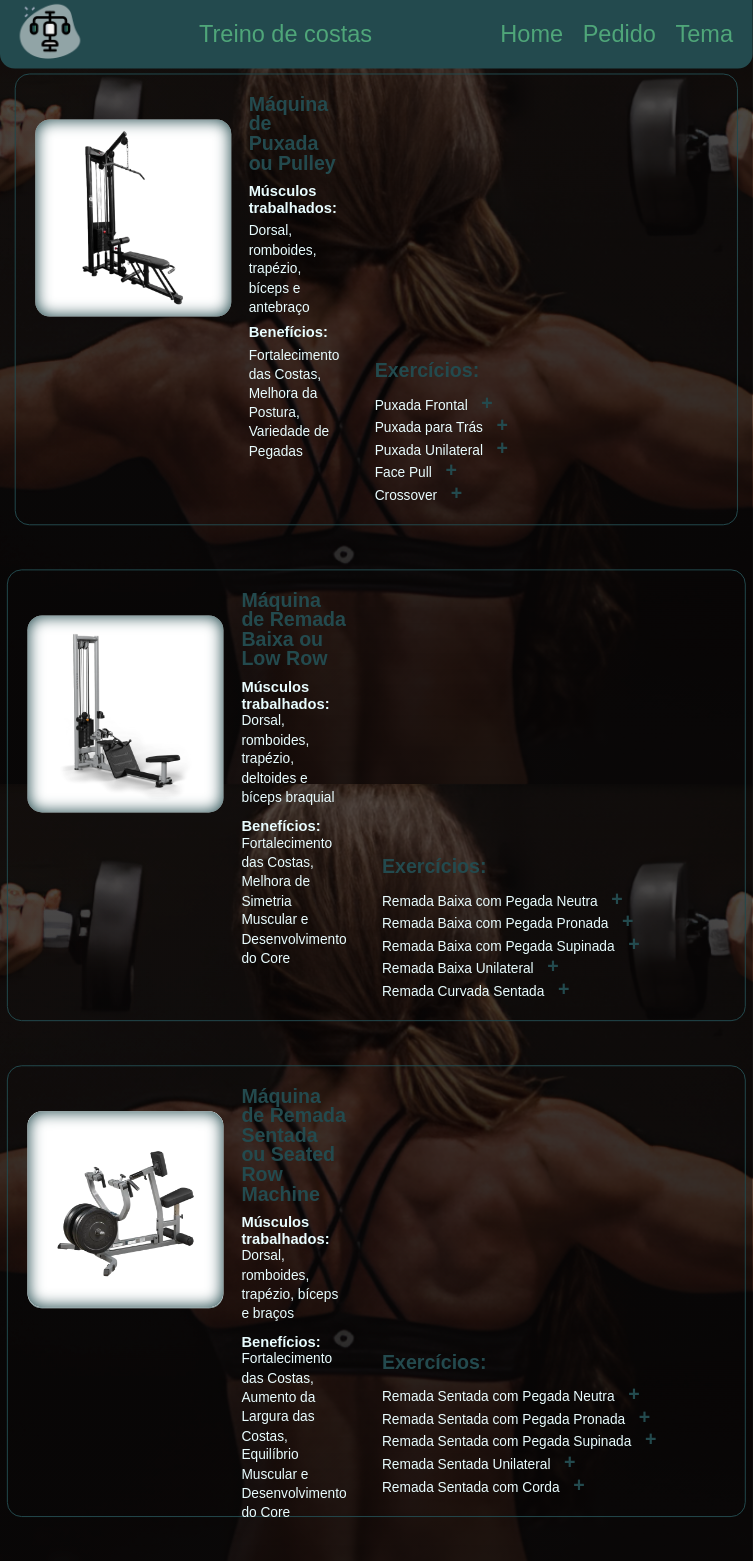
Repository: Marinalr-25/Projeto-Aparelhos-de-Academia
Page: costas.html
An editor plug-in stored every save of this project. The page is shown before and after the next save, followed by the edit.
The browser window is 768 px wide. The pictures show the whole page, at 98% of full size.
Backgrounds fixed to the window are drawn as part of the page.

Above is the page before, as saved 2025-01-07 13:49:57.
Console error: TypeError: Cannot read properties of null (reading 'addEventListener')

### costas.html
<!DOCTYPE html>
<html lang="pt">
  <head>
    <meta charset="UTF-8" />
    <meta name="viewport" content="width=device-width, initial-scale=1.0" />
    <link rel="stylesheet" href="css/style.css" />
    <link rel="stylesheet" href="css/temas.css" />
    <link
      rel="stylesheet"
      href="css/media-990.css"
      media="(max-width: 990px)"
    />
    <link
      rel="stylesheet"
      href="css/media-767.css"
      media="(max-width: 767px)"
    />

    <link
      rel="stylesheet"
      href="css/media-660.css"
      media="(max-width: 660px)"
    />
    <link
      rel="stylesheet"
      href="css/media-580.css"
      media="(max-width: 580px)"
    />

    <title>costas</title>
  </head>
  <body class="body costas">
    <header class="header sobe">
      <a href="telaPrincipal.html">
        <img class="logo" src="imagens/logoverde.png" alt="logo" />
      </a>
      <p>Treino de costas</p>
      <nav>
        <ul>
          <li class="lista-cabecalho" class="homeCostas">
            <a href="telaPrincipal.html">Home</a>
          </li>
          <li class="lista-cabecalho" id="pedido">
            <a href="pedido.html">Pedido</a>
          </li>
          <li class="lista-cabecalho" id="tema"><a href="#">Tema</a></li>
        </ul>
      </nav>
      <div class="nav-icones">
        <svg
          xmlns="http://www.w3.org/2000/svg"
          class="nav-icone--menu"
          viewBox="0 0 512 512"
        >
          <path
            fill="none"
            stroke="currentColor"
            stroke-linecap="round"
            stroke-miterlimit="10"
            stroke-width="32"
            d="M80 160h352M80 256h352M80 352h352"
          ></path>
        </svg>

        <svg
          xmlns="http://www.w3.org/2000/svg"
          class="nav-icone--fechar"
          viewBox="0 0 512 512"
        >
          <path
            fill="none"
            stroke="currentColor"
            stroke-linecap="round"
            stroke-linejoin="round"
            stroke-width="32"
            d="M368 368L144 144M368 144L144 368"
          ></path>
        </svg>
      </div>
    </header>
    <main class="mainBody move-bottom">
      <section>
        <div class="container">
          <div class="maquinas">
            <div class="img-maquinas">
              <img src="aparelhos/maquina-pulley.png" alt="maquina-pulley" />
            </div>
            <div class="informacoes">
              <div>
                <h2 class="title">Máquina de Puxada ou Pulley</h2>
              </div>
              <div class="separar">
                <div class="infos">
                  <h3 class="h3">Músculos trabalhados:</h3>
                  <p class="info">
                    Dorsal, romboides, trapézio, bíceps e antebraço
                  </p>
                </div>
                <div class="infos">
                  <h3 class="h3">Benefícios:</h3>
                  <p class="info">
                    Fortalecimento das Costas, Melhora da Postura, Variedade de
                    Pegadas
                  </p>
                </div>
              </div>
            </div>
            <div class="exercicios">
              <h3 class="title">Exercícios:</h3>
              <ul>
                <li>
                  Puxada Frontal
                  <span class="mais">+</span>
                  <div class="tooltip">
                    Sente-se na máquina, segure a barra com as mãos afastadas na
                    largura dos ombros (pegada pronada ou neutra) e puxe a barra
                    em direção ao peito, mantendo os cotovelos para baixo e para
                    trás.
                  </div>
                </li>
                <li>
                  Puxada para Trás
                  <span class="mais">+</span>
                  <div class="tooltip">
                    Sente-se na máquina, segure a barra com as palmas para cima
                    e as mãos mais afastadas que a largura dos ombros e puxe a
                    barra em direção ao peito, mantendo os cotovelos para trás e
                    perto do corpo
                  </div>
                </li>
                <li>
                  Puxada Unilateral
                  <span class="mais">+</span>
                  <div class="tooltip">
                    Sente-se ou fique de pé, segurando uma alça com uma mão e
                    mantendo o tronco estável, com a outra mão livre ou
                    segurando o apoio da máquina. Puxe o cabo em direção ao
                    tronco, mantendo o cotovelo próximo ao corpo e a escápula
                    contraída.
                  </div>
                </li>
                <li>
                  Face Pull
                  <span class="mais">+</span>
                  <div class="tooltip">
                    Segure a corda com as duas mãos e puxe o cabo em direção ao
                    rosto, ativando os deltoides posteriores e o trapézio.
                  </div>
                </li>
                <li>
                  Crossover
                  <span class="mais">+</span>
                  <div class="tooltip">
                    Com as cordas ou alças ajustadas nas duas extremidades da
                    máquina, puxe as alças cruzando-as à frente do corpo, como
                    se estivesse tentando juntar as mãos em um movimento de
                    abertura de peito.
                  </div>
                </li>
              </ul>
            </div>
          </div>
          <div class="maquinas">
            <div class="img-maquinas">
              <img src="aparelhos/maquina-low-row.png" alt="maquina-pulley" />
            </div>
            <div class="informacoes">
              <div>
                <h2 class="title">Máquina de Remada Baixa ou Low Row</h2>
              </div>
              <div class="infos">
                <h3 class="h3">Músculos trabalhados:</h3>
                <p class="info">
                  Dorsal, romboides, trapézio, deltoides e bíceps braquial
                </p>
              </div>
              <div class="infos">
                <h3 class="h3">Benefícios:</h3>
                <p class="info">
                  Fortalecimento das Costas, Melhora de Simetria Muscular e
                  Desenvolvimento do Core
                </p>
              </div>
            </div>
            <div class="exercicios">
              <h3 class="title">Exercícios:</h3>
              <ul>
                <li>
                  Remada Baixa com Pegada Neutra
                  <span class="mais">+</span>
                  <div class="tooltip">
                    Esse é o exercício clássico na máquina, onde a pessoa usa um
                    pegador em formato de "V" (pegada neutra) para trabalhar
                    principalmente a espessura da parte média das costas, com
                    foco nos músculos romboides e dorsais
                  </div>
                </li>
                <li>
                  Remada Baixa com Pegada Pronada
                  <span class="mais">+</span>
                  <div class="tooltip">
                    Nessa variação, o pegador é reto e a pegada é com as palmas
                    voltadas para baixo, o que enfatiza mais o trapézio e o
                    latíssimo do dorso, além de dar um estímulo aos romboides
                  </div>
                </li>
                <li>
                  Remada Baixa com Pegada Supinada
                  <span class="mais">+</span>
                  <div class="tooltip">
                    Aqui a pegada é invertida, com as palmas das mãos voltadas
                    para cima. Essa variação ajuda a ativar mais o bíceps junto
                    com as costas, criando um movimento que trabalha tanto a
                    parte superior quanto inferior das costas
                  </div>
                </li>
                <li>
                  Remada Baixa Unilateral
                  <span class="mais">+</span>
                  <div class="tooltip">
                    Esse exercício é feito segurando o pegador com uma única mão
                    de cada vez, permitindo maior foco no lado direito ou
                    esquerdo das costas separadamente, o que ajuda na simetria e
                    força
                  </div>
                </li>
                <li>
                  Remada Curvada Sentada
                  <span class="mais">+</span>
                  <div class="tooltip">
                    Uma variação onde o tronco se inclina ligeiramente para
                    frente antes de puxar o cabo, ativando diferentes áreas dos
                    dorsais e da parte inferior das costas, além de trabalhar a
                    estabilização
                  </div>
                </li>
              </ul>
            </div>
          </div>
          <div class="maquinas">
            <div class="img-maquinas">
              <img
                class="img-maquinas"
                src="aparelhos/seated-row-machine.png"
                alt="maquina-pulley"
              />
            </div>
            <div class="informacoes">
              <div>
                <h2 class="title">
                  Máquina de Remada Sentada ou Seated Row Machine
                </h2>
              </div>
              <div class="infos">
                <h3 class="h3">Músculos trabalhados:</h3>
                <p class="info">Dorsal, romboides, trapézio, bíceps e braços</p>
              </div>
              <div class="infos">
                <h3 class="h3">Benefícios:</h3>
                <p class="info">
                  Fortalecimento das Costas, Aumento da Largura das Costas,
                  Equilíbrio Muscular e Desenvolvimento do Core
                </p>
              </div>
            </div>
            <div class="exercicios">
              <h3 class="title">Exercícios:</h3>
              <ul>
                <li>
                  Remada Sentada com Pegada Neutra
                  <span class="mais">+</span>
                  <div class="tooltip">
                    Segure as alças com as palmas das mãos voltadas uma para a
                    outra (pegada neutra) e puxe em direção ao tronco, mantendo
                    os cotovelos próximos ao corpo e os ombros relaxados.
                    Contraia as escápulas no final do movimento
                  </div>
                </li>
                <li>
                  Remada Sentada com Pegada Pronada
                  <span class="mais">+</span>
                  <div class="tooltip">
                    Segure a barra com as palmas das mãos voltadas para baixo
                    (pegada pronada) e puxe a barra para o corpo, mantendo os
                    cotovelos alinhados com o tronco. Evite balançar o corpo e
                    use um movimento controlado
                  </div>
                </li>
                <li>
                  Remada Sentada com Pegada Supinada
                  <span class="mais">+</span>
                  <div class="tooltip">
                    Segure a barra com as palmas das mãos voltadas para cima
                    (pegada supinada). Puxe a barra em direção ao corpo,
                    mantendo os cotovelos mais baixos e próximos ao tronco
                  </div>
                </li>
                <li>
                  Remada Sentada Unilateral
                  <span class="mais">+</span>
                  <div class="tooltip">
                    Segure a alça com uma mão e puxe o cabo em direção ao
                    tronco. Mantenha o tronco estável e evite torcer o corpo.
                    Repita o movimento para o outro lado
                  </div>
                </li>
                <li>
                  Remada Sentada com Corda
                  <span class="mais">+</span>
                  <div class="tooltip">
                    Use uma corda para segurar as alças e puxe em direção ao
                    tronco, abrindo as mãos ao final do movimento, aumentando a
                    contração nos romboides e trapézio.
                  </div>
                </li>
              </ul>
            </div>
          </div>
        </div>
      </section>
    </main>
    <section class="pop-up-temas">
      <div class="container">
        <div class="bolinha verde"></div>
        <div class="bolinha azul"></div>
        <div class="bolinha rosa"></div>
        <div class="bolinha vermelho"></div>
        <div class="bolinha roxo"></div>
        <div class="bolinha laranja"></div>
        <svg
          xmlns="http://www.w3.org/2000/svg"
          class="icone-fechar"
          viewBox="0 0 512 512"
        >
          <path
            fill="none"
            stroke="currentColor"
            stroke-linecap="round"
            stroke-linejoin="round"
            stroke-width="32"
            d="M368 368L144 144M368 144L144 368"
          ></path>
        </svg>
      </div>
    </section>
    <script src="js/script.js"></script>
    <script src="js/costas.js"></script>
    <script src="js/temas.js"></script>
  </body>
</html>

### css/temas.css
:root {
  --cor-fundo: #234a4e;
  --cor-texto: #4fa679;
  --verde-primario: #234a4e;
  --verde-secundario: #4fa679;
  --azul-primario: #0d6bb2;
  --azul-secundario: #83e3ff;
  --rosa-primario: #ae2478;
  --rosa-secundario: #eed3e4;
  --vermelho-primario: #a50000;
  --vermelho-secundario: #e4b2b2;
  --roxo-primario: #4c4c99;
  --roxo-secundario: #c9c9e0;
  --laranja-primario: #ff6c37;
  --laranja-secundario: #ffd2c3;
}

.pop-up-temas {
  display: none;
  transition: opacity 0.3s ease, transform 0.3s ease;
  &.aberto {
    display: flex;
    position: fixed;
    top: 50%;
    left: 50%;
    transform: translate(-50%, -50%);
    opacity: 1;
    height: 18rem;
    background-color: rgba(0, 0, 0, 0.95);
    border-radius: 1.5rem;

    & .container {
      display: flex;
      justify-content: center;
      align-items: center;
      gap: 1rem;
      flex-direction: row;
      padding: 2rem;
      max-width: 65rem;
      position: relative;

      & .bolinha {
        width: 4rem;
        height: 4rem;
        margin: 0.5rem;
        border-radius: 50%;

        &.verde {
          background: linear-gradient(
            to right,
            var(--verde-primario) 50%,
            var(--verde-secundario) 50%
          );
        }
        &.azul {
          background: linear-gradient(
            to right,
            var(--azul-primario) 50%,
            var(--azul-secundario) 50%
          );
        }

        &.rosa {
          background: linear-gradient(
            to right,
            var(--rosa-primario) 50%,
            var(--rosa-secundario) 50%
          );
        }
        &.vermelho {
          background: linear-gradient(
            to right,
            var(--vermelho-primario) 50%,
            var(--vermelho-secundario) 50%
          );
        }
        &.roxo {
          background: linear-gradient(
            to right,
            var(--roxo-primario) 50%,
            var(--roxo-secundario) 50%
          );
        }
        &.laranja {
          background: linear-gradient(
            to right,
            var(--laranja-primario) 50%,
            var(--laranja-secundario) 50%
          );
        }
      }
      & .icone-fechar {
        display: block;
        position: absolute;
        top: 0;
        right: 0;
        color: var(--cor-texto);
        z-index: 10001;
        width: 5rem;
        height: 5rem;
      }
    }
  }
}

### css/media-990.css
@media all and (max-width: 61.87em) {
  .body.costas {
    background-size: cover;
    & .mainBody {
      margin-top: 5rem;
      & .container {
        & .maquinas {
          display: grid;
          grid-template-columns: 1fr 1fr;
          grid-template-rows: auto auto;
          gap: 1.8rem;

          & .img-maquinas {
            align-self: center;
            & img {
              max-width: 20rem;
              max-height: 20rem;
            }
          }
        }

        & .informacoes {
          max-width: 100%;
          gap: 1rem;
          padding: 0;
          & .title {
            font-size: 2rem;
            line-height: 1;
          }

          & .separar {
            gap: 0.6rem;
          }

          & .infos {
            & .h3 {
              font-size: 1.5rem;
            }
            & .info {
              font-size: 1.4rem;
            }
          }
        }

        & .exercicios {
          max-width: 100%;
          gap: 1rem;
          grid-column: 4;
          grid-row: 2;

          & .title {
            font-size: 2rem;
          }

          & ul li {
            font-size: 1.4rem;
            padding-bottom: 0rem;
          }
        }
      }
    }
  }
}

### css/media-767.css
@media all and (max-width: 48em) {
  html {
    font-size: 56.25%;
  }

  .header {
    font-size: 2rem;
  }

  .tela-inicial {
    & .box-inicial {
      & .segunda-tela {
        & .aparelhos {
          width: 15rem;
          &.esquerda {
            top: 15px;
          }
        }
      }
    }
  }

  .body {
    .header {
      & .logo {
        width: 10.7vw;
        height: 10.7vw;
        min-height: 9rem;
        min-width: 9rem;
      }

      nav {
        display: none;
        opacity: 0;
        transform: translateX(100%);
        transition: opacity 0.3s ease;

        &.aberto {
          display: flex;
          opacity: 0.9;
          transform: translateX(0);
        }
      }
      & .nav-icones {
        display: block;
        max-width: 30%;
        width: 5rem;
        height: 5rem;
        margin-right: 2rem;
        margin-left: 2rem;
        color: var(--cor-texto);
        z-index: 10001;
      }
    }
    & .nav-icone--fechar {
      display: none;
    }
    &.aberto {
      opacity: 0.9;
      & nav {
        display: flex;
        flex-direction: column;
        justify-content: center;
        transform: translateX(100%);
        transition: opacity 0.3s ease, transform 0.3s ease;
        align-items: center;
        box-shadow: inset 0 0 0 3px var(--cor-texto);
        background-color: var(--cor-fundo);
        border-top-left-radius: 50px;
        border-bottom-left-radius: 50px;
        opacity: 0.9;
        position: fixed;
        top: 0;
        width: 20%;
        height: 700px;
        right: 0;
        z-index: 1000;
        overflow: hidden;

        & ul {
          flex-direction: column;
          align-items: center;
          & li {
            &:hover {
              text-decoration: underline;
            }
          }
        }
      }
      & .nav-icone--menu {
        display: block;
      }
      & .nav-icone--fechar {
        display: none;
      }
    }

    & .tela-principal {
      & .container {
        & .box {
          &.braco {
            background-image: url(/imagens/braço.png);
          }

          &.perna {
            background-image: url(/imagens/perna.png);
          }

          &.ombro {
            background-image: url(/imagens/ombro.png);
          }

          &.costas {
            background-image: url(/imagens/costasHDrecortada.png);
          }

          &.peito {
            background-image: url(/imagens/peito.png);
          }
          &.abdomen {
            background-image: url(/imagens/abdomen.png);
          }
        }
      }
    }
    &.costas {
      & .mainBody {
        margin-top: 5rem;
        & .container {
          flex-direction: row;
          justify-content: center;
          flex-wrap: wrap;
          padding-top: 3.5rem;
          & .maquinas {
            flex-direction: column;
            width: 40rem;
            height: auto;
            & .img-maquinas {
              display: block;
              margin: 0 auto;
            }

            & .informacoes {
              & .title {
                font-size: 2rem;
                line-height: 1;
              }
              & .infos {
                & .h3 {
                  font-size: 1.8rem;
                }
                & .info {
                  font-size: 1.6rem;
                }
              }
            }

            & .exercicios {
              width: 100%;
              gap: 0.5rem;

              & ul li {
                font-size: 1.6rem;
                padding-bottom: 0;
              }
            }
          }
        }
      }
    }
  }
}

### css/media-660.css
@media all and (max-width: 41.25em) {
  .tela-inicial {
    & .box-inicial {
      & .primeira-tela {
        justify-content: center;
      }
      & .segunda-tela {
        gap: 1.5rem;
      }
      & .pontos {
        & div {
          width: 0.9rem;
          height: 0.9rem;
        }
        & .primeiro-ponto {
          transform: translate(-25px, 7px);
        }
        & .segundo-ponto {
          transform: translate(0, 0);
        }
        & .terceiro-ponto {
          transform: translate(25px, -7px);
        }
      }
    }

    .topo {
      & .h2-muitoBem {
        text-align: center;
        & #nome-saudacao {
          display: block;
        }
      }
    }
  }

  .body.costas {
    background-size: cover;
  }
}

### css/media-580.css
@media all and (max-width: 36.25em) {
  .tela-inicial {
    & .box-inicial {
      height: 60rem;
      & .pontos {
        & div {
          width: 0.9rem;
        }
        & .primeiro-ponto {
          transform: translate(-25px, -3px);
        }
        & .segundo-ponto {
          transform: translate(0, -10px);
        }
        & .terceiro-ponto {
          transform: translate(25px, -17px);
        }
      }
    }
  }
}

Loaded but not shown: js/temas.js (93 lines, source omitted); js/script.js (83 lines, source omitted); js/costas.js (18 lines, source omitted); css/style.css (565 lines, source omitted)

After the next save:
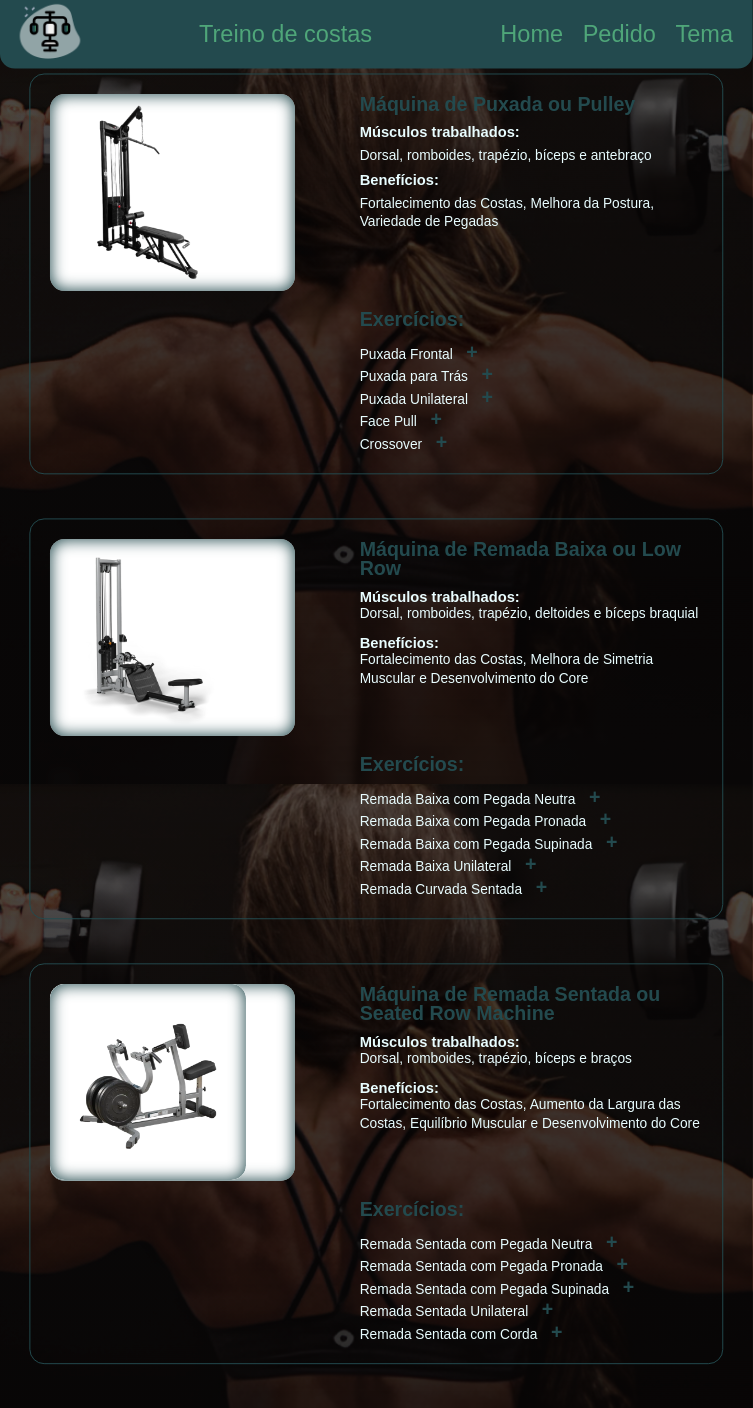
Saved 28 s later.
--- a/css/media-990.css
+++ b/css/media-990.css
@@ -23,6 +23,8 @@
           max-width: 100%;
           gap: 1rem;
           padding: 0;
+          grid-column: 2;
+          grid-row: 1;
           & .title {
             font-size: 2rem;
             line-height: 1;
@@ -45,7 +47,7 @@
         & .exercicios {
           max-width: 100%;
           gap: 1rem;
-          grid-column: 4;
+          grid-column: 2;
           grid-row: 2;
 
           & .title {
